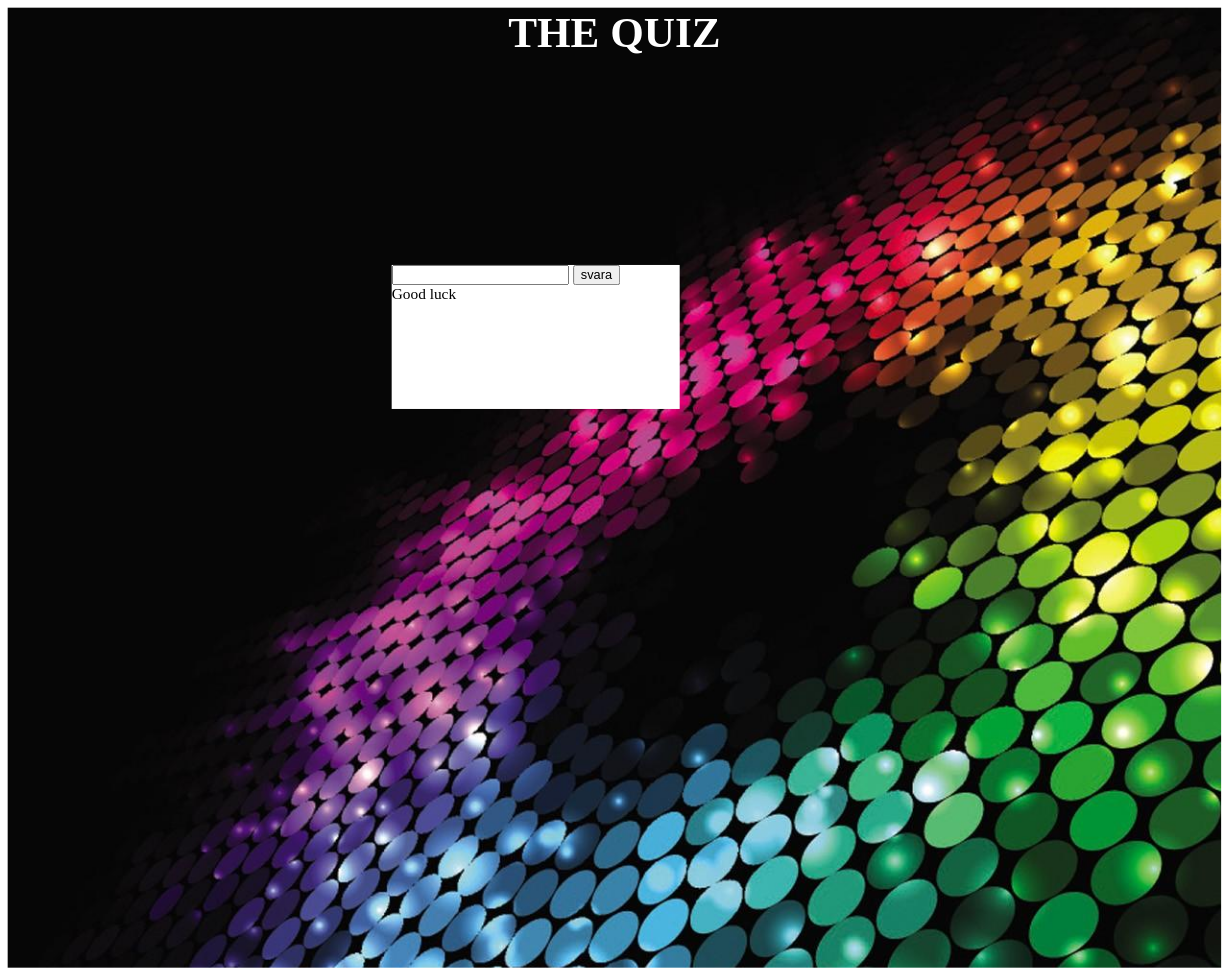
Repository: ar222rk/1dv403-laborationer
Page: 4-thequiz/Index.html
The author's editor kept a record of every edit. The page is drawn from the files as they stood at one moment, then again after the next edit.
The browser window is 1280 px wide. The pictures show the whole page, at 96% of full size.
The page's requests for data from a server got no answer.

Above is the page before.

### 4-thequiz/Index.html
<!DOCTYPE html>
<html>
    <head>
        <meta charset ="utf8"/>
        <title> The quiz</title>
        <link rel="stylesheet" href="style.css" type="text/css" />
    </head>

    <body>
    <div id= "container">
            <header>
                <b> THE QUIZ </b>
            </header>
        <div id="board">
         <p id="test"></p>
         <input type="text" id="svar"/>
         <input type="button" type="submit" value="svara"/>
         <div id="status"> Good luck</div>
        </div>
    </div>
        <script type="text/javascript" src=""></script>
    </body>
</html>

### 4-thequiz/style.css

#container {
    height:1000px;
    width:auto;
    background-image:url("quiz.jpg");
    margin:0 auto;
}


header{
    color:white;
    text-align:center;
    font-size:45px;
}

#board{
    position:relative;
    height:150px;
    background-color:white;
    top:200px;
    width:300px;
    left:400px;
}

#question{
    position:relative;
    font-size:20px;
    text-shadow:1px 1px black;
    margin:2px;
    color:red;
    width:100px;
    height:40px;
    background-color:white;
}

#questionStatus{
    color:green;
    font-size:20px;
    background-color:white;
    text-shadow:1px 1px black;
    height:overflow scroll;
}

### 4-thequiz/quiz.js
"use strict"


var quiz = {
    Tries: 0,
    tryArr: [],
    serverObj: null,

    init:function(){
        var input = document.getElementById("svar");
        quiz.renderQuestion("http://vhost3.lnu.se:20080/question/1")
        document.getElementById("button").addEventListener("click", function(e){
                    if (input.value !== "")
                    {
                        quiz.answerQuestion(input.value, quiz.serverObj.nextURL)
                    }
                    else
                    {
                        e.preventDefault();
                    }
                })

        input.addEventListener("keydown", function(e) {
                    if (e.keyCode === 13)
                    {
                        if (input.value !== "")
                        {
                            quiz.answerQuestion(input.value, quiz.serverObj.nextURL)
                        }
                        else
                        {
                            e.preventDefault();
                        }
                    }
                })
    },

    renderQuestion: function(url){
        quiz.Tries = 1;
        var serverQuestion = document.getElementById("question");
        var XHR = new XMLHttpRequest();
        var input = document.getElementById("svar");
        input.value = "";

        XHR.onreadystatechange = function(){
            if (XHR.readyState === 4 && XHR.status === 200)
            {
                quiz.serverObj = JSON.parse(XHR.responseText);
                serverQuestion.innerHTML = quiz.serverObj.question;
            }
        }
        XHR.open("GET",url , true)
        XHR.send(null)
    },

    answerQuestion: function(answer, url){
        var xhr1 = new XMLHttpRequest();
        var i;

        var status = document.getElementById("questionStatus")

        xhr1.onreadystatechange = function(){
             if (xhr1.readyState === 4)
             {
                var response = JSON.parse(xhr1.responseText);
                if (response.message === "Correct answer!")
                {

                    if (response.nextURL !== undefined)
                    {
                        quiz.tryArr.push(quiz.Tries)
                        quiz.renderQuestion(response.nextURL)
                        status.innerHTML = "Rätt svar!"
                        console.log(quiz.tryArr)
                    }
                    else
                    {
                        quiz.tryArr.push(quiz.Tries)
                        status.innerHTML = "mycket bra du klarade testet! Resultat"
                        document.getElementById("button").disabled = true;
                        document.getElementById("svar").value = "";
                        document.getElementById("svar").disabled = true;
                        for (i = 1; i < quiz.tryArr.length + 1; i +=1)
                        {
                            var pTag = document.createElement("p")
                            pTag.innerHTML = "Fråga "+i+": "+quiz.tryArr[i-1]+" försök"
                            status.appendChild(pTag);
                        }
                    }
                }
                else
                {
                    quiz.Tries += 1;
                    document.getElementById("svar").value = "";
                    console.log(quiz.tryArr)
                    status.innerHTML = "Fel svar!"
                }
            }
        }
        var sendAnswer = JSON.stringify({answer: answer})
        xhr1.open("POST",url , true)
        xhr1.setRequestHeader("Content-type", "application/json")
        xhr1.send(sendAnswer)

    },
}
window.onload = quiz.init;

After the next edit:
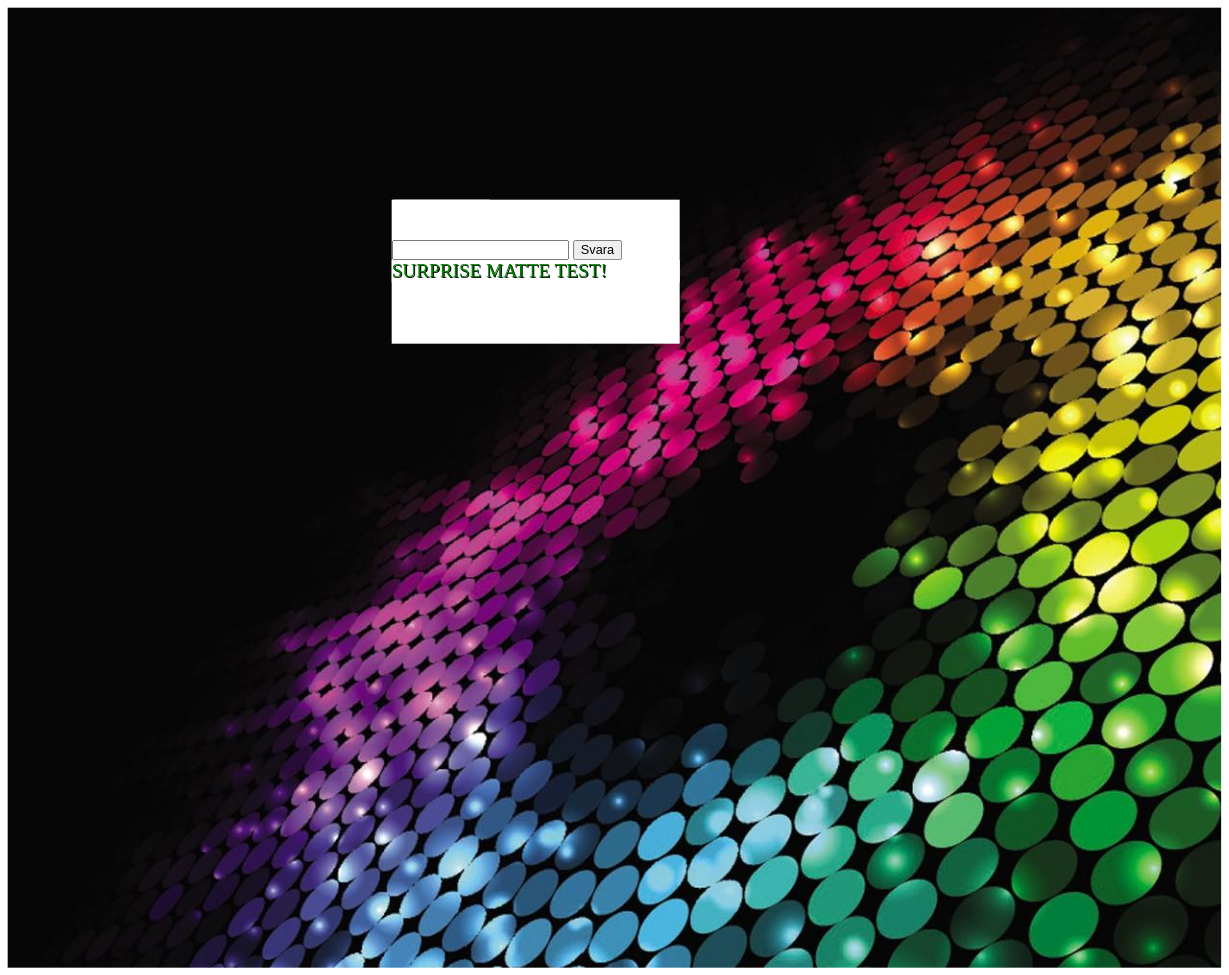
The edit:
--- a/4-thequiz/Index.html
+++ b/4-thequiz/Index.html
@@ -1,23 +1,20 @@
 <!DOCTYPE html>
-<html>
+<html lang="sv">
     <head>
-        <meta charset ="utf8"/>
-        <title> The quiz</title>
-        <link rel="stylesheet" href="style.css" type="text/css" />
+        <title>The quiz</title>
+        <meta charset="utf-8" />
+        <link rel="stylesheet" href="style.css" />
+
     </head>
-
-    <body>
-    <div id= "container">
-            <header>
-                <b> THE QUIZ </b>
-            </header>
+<body>
+    <div id="container">
         <div id="board">
-         <p id="test"></p>
-         <input type="text" id="svar"/>
-         <input type="button" type="submit" value="svara"/>
-         <div id="status"> Good luck</div>
+            <p id="question"></p>
+            <input type="text" id="svar"/>
+            <input id="button" type="submit" value="Svara"/>
+            <div id="questionStatus">SURPRISE MATTE TEST!</div>
         </div>
     </div>
-        <script type="text/javascript" src=""></script>
-    </body>
+    <script src="quiz.js"></script>
+</body>
 </html>
